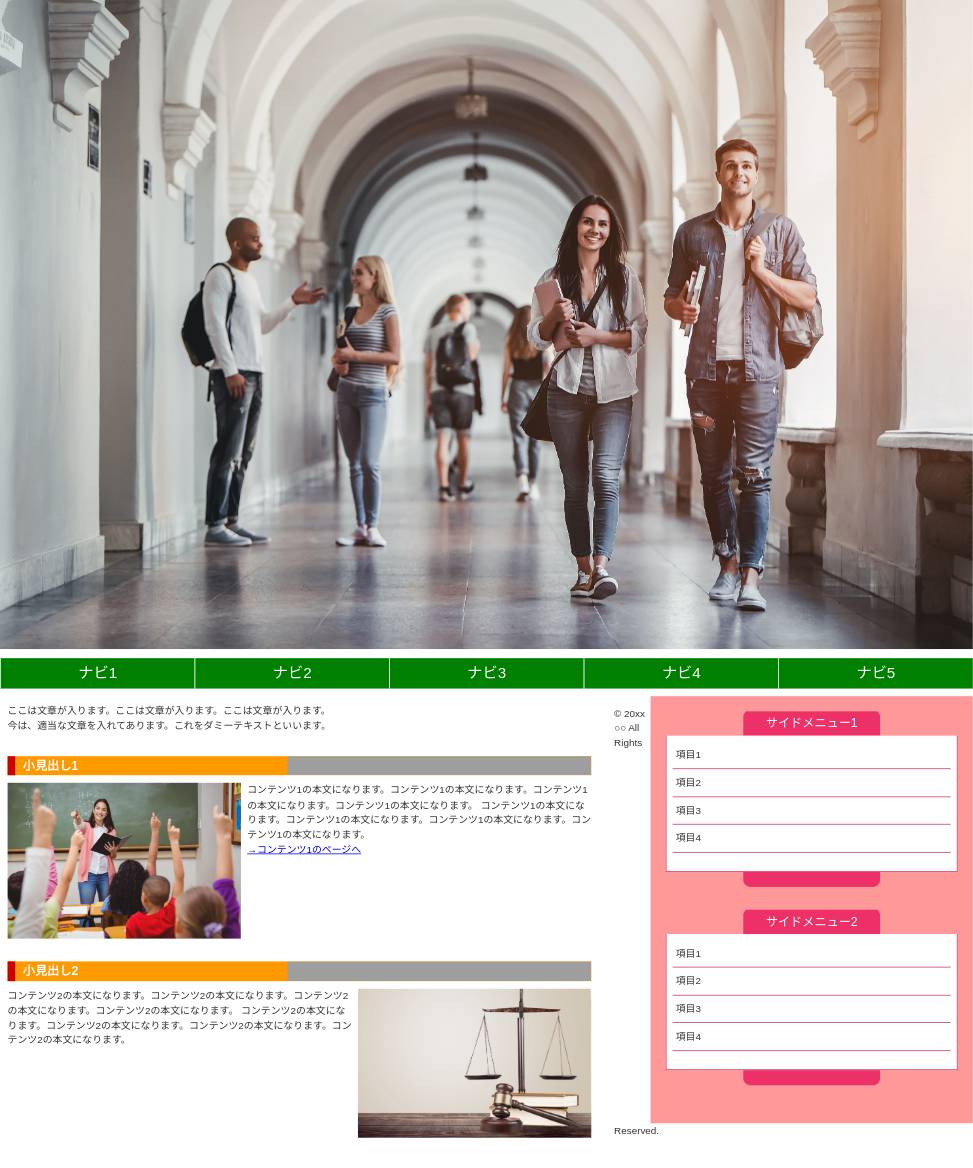
Repository: aki19990/Samurai_HTML-CSS
Page: home.html
The author's editor kept a record of every edit. The page is drawn from the files as they stood at one moment, then again after the next edit.
The browser window is 1280 px wide. The pictures show the whole page, at 76% of full size.
Pictures or frames that could not be fetched are drawn as grey boxes.

Above is the page before.

After the next edit:
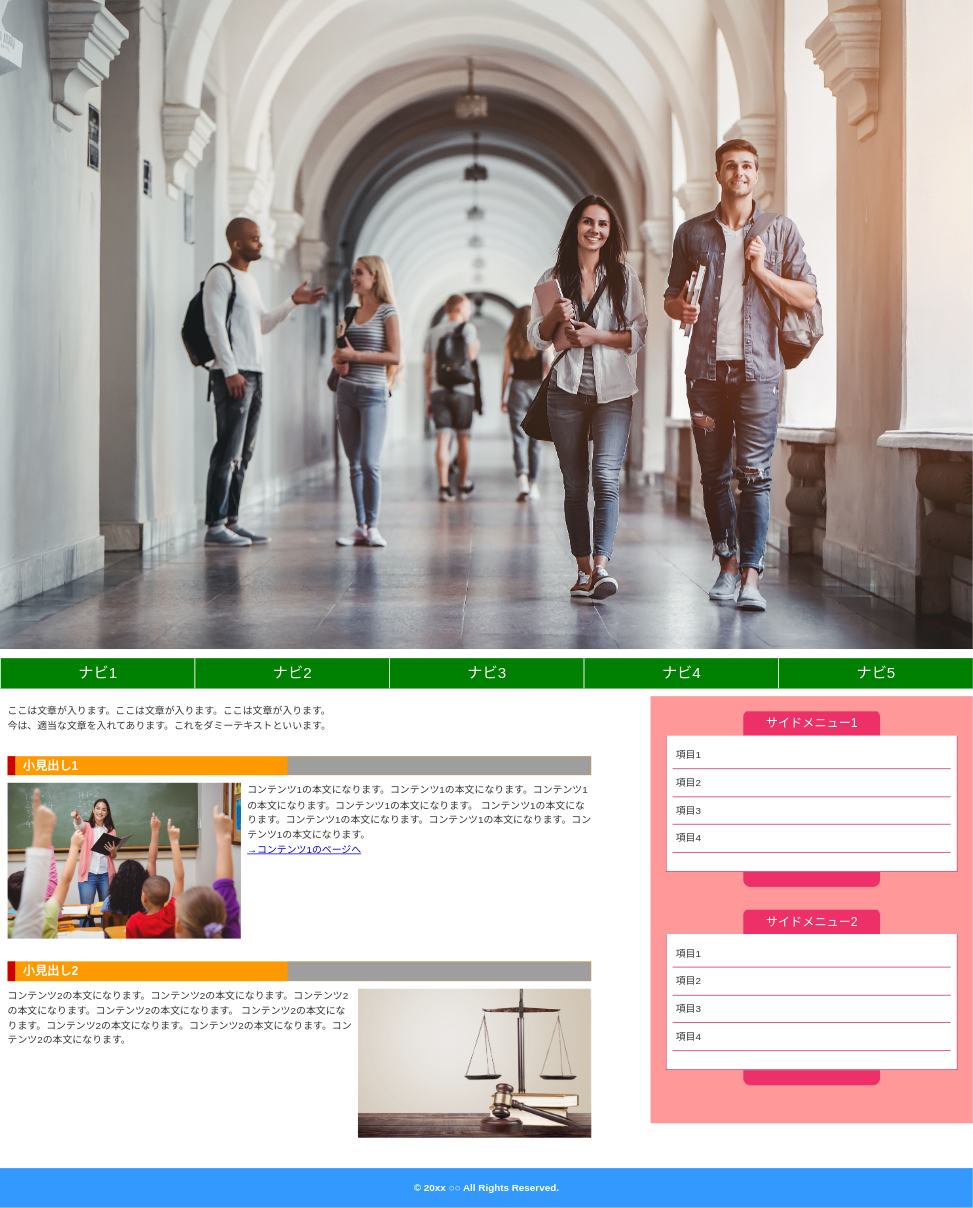
The edit:
--- a/stylesheet.css
+++ b/stylesheet.css
@@ -223,3 +223,12 @@
 	 /*項目1-4の影設定。影は下のみ*/
 
  /* -------------------- footer -------------------- */
+#footer {
+ clear: both;
+	  width: 100%;
+ 	 padding: 3px 0 3px 0;
+ 	 background: #39F;
+ 	 color: #FFF;
+ 	 font-weight: bold;
+ 	 text-align: center;
+}
